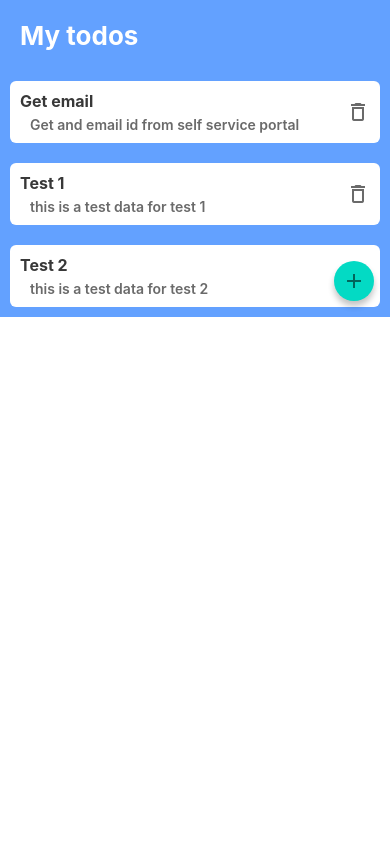
Repository: sadarsh216/Todo-App
Page: /
An editor plug-in stored every save of this project. The page is shown before and after the next save, followed by the edit.
The browser window is 390 px wide. The pictures show the whole page.
The app was drawn by React Native's web renderer in a window 390 px wide. The project was rebuilt for these pictures with package versions that can differ from the ones it lists, and the page was loaded fresh each time. Also part of the build but not shown: components/Modal.tsx.

Above is the page before, as saved 2021-10-09 14:45:58.

### App.tsx
import { StatusBar } from "expo-status-bar";
import React, { useRef } from "react";
import {
  SafeAreaView,
  ScrollView,
  StyleSheet,
  Text,
  TouchableWithoutFeedback,
  View,
  Animated,
  Easing,
} from "react-native";
import Todos from "./Pages/Todos";
import { FAB } from "react-native-paper";
import Modal from "./components/Modal";
import * as Animatable from "react-native-animatable";
import { COLORS } from "./theme/Colors";

export default function App() {
  const [showAdd, setAdd] = React.useState(false);

  return (
    <>
      <SafeAreaView>
        <View style={styles.container}>
          <ScrollView>
            <Text style={styles.heading}>My todos</Text>
            <Todos />
          </ScrollView>
          {showAdd && (
            <Animatable.View style={styles.modal} animation="fadeInUpBig">
              <TouchableWithoutFeedback onPress={() => alert("")}>
                <Modal />
              </TouchableWithoutFeedback>
            </Animatable.View>
          )}
        </View>
        <FAB
          style={styles.fab}
          small
          icon={showAdd ? "close" : "plus"}
          onPress={() => setAdd(!showAdd)}
        />
      </SafeAreaView>
    </>
  );
}

const styles = StyleSheet.create({
  container: {
    height: "100%",
    backgroundColor: COLORS.primary,
  },
  heading: {
    color: "white",
    fontSize: 26,
    fontWeight: "bold",
    margin: 20,
  },
  fab: {
    color: "#fff",
    position: "absolute",
    margin: 16,
    right: 0,
    bottom: 0,
  },
  modal: {
    position: "absolute",
    bottom: 0,
    height: "60%",
    width: "100%",
    display: "flex",
    backgroundColor: "white",
    borderTopRightRadius: 20,
    borderTopLeftRadius: 20,
    elevation: 4,
    padding: 10,
    // backgroundColor: "rgba(0,0,0,0.4)",
  },
});

### Pages/Todos.tsx
import React from "react";
import { View, Text, StyleSheet, TouchableOpacity } from "react-native";
import { MaterialCommunityIcons } from "@expo/vector-icons";

export default function Todos() {
  const [todos, setTodos] = React.useState([
    {
      title: "Get email",
      description: "Get and email id from self service portal",
      id: 0,
    },
    { title: "Test 1", description: "this is a test data for test 1", id: 1 },
    { title: "Test 2", description: "this is a test data for test 2 ", id: 2 },
  ]);
  const deleteTodo = () => {
    alert("deleted");
  };
  return (
    <>
      {todos.map((item, key) => (
        <View key={item.id} style={styles.card}>
          <View style={styles.details}>
            <Text style={styles.title}>{item.title}</Text>
            <Text style={styles.desc}>{item.description}</Text>
          </View>
          <View style={styles.deleteSection}>
            <TouchableOpacity onPress={deleteTodo}>
              <MaterialCommunityIcons
                name="delete-outline"
                size={24}
                color="#6a6a6a"
              />
            </TouchableOpacity>
          </View>
        </View>
      ))}
    </>
  );
}

const styles = StyleSheet.create({
  card: {
    display: "flex",
    flexDirection: "row",
    backgroundColor: "#fff",
    margin: 10,
    borderRadius: 6,
    elevation: 4,
    padding: 10,
  },
  title: {
    fontSize: 16,
    marginBottom: 5,
    fontWeight: "bold",
    color: "#383838",
  },
  desc: {
    paddingHorizontal: 10,
    fontWeight: "600",
    color: "#6a6a6a",
  },
  details: {
    flex: 2,
  },
  deleteSection: {
    justifyContent: "center",
  },
});

### theme/Colors.tsx
export const COLORS = {
  primary: "#63a1ff",
  primaryText: "#383838",
  text: "#6a6a6a",
  secondary: "",
  accent: "",
};

After the next save:
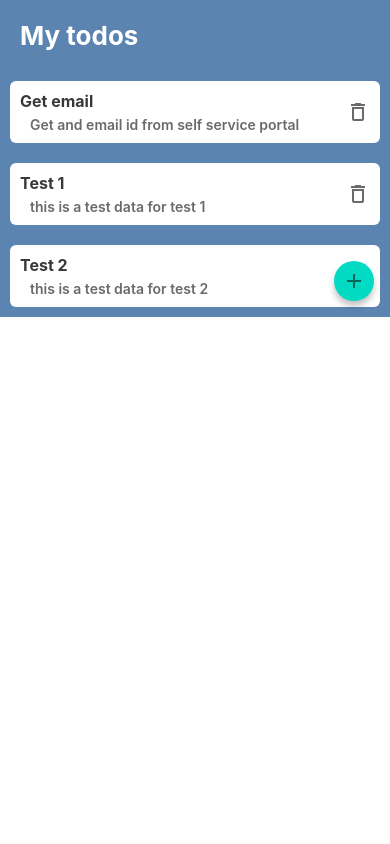
Saved 63 s later.
--- a/theme/Colors.tsx
+++ b/theme/Colors.tsx
@@ -1,5 +1,5 @@
 export const COLORS = {
-  primary: "#63a1ff",
+  primary: "#5B84B1FF",
   primaryText: "#383838",
   text: "#6a6a6a",
   secondary: "",
